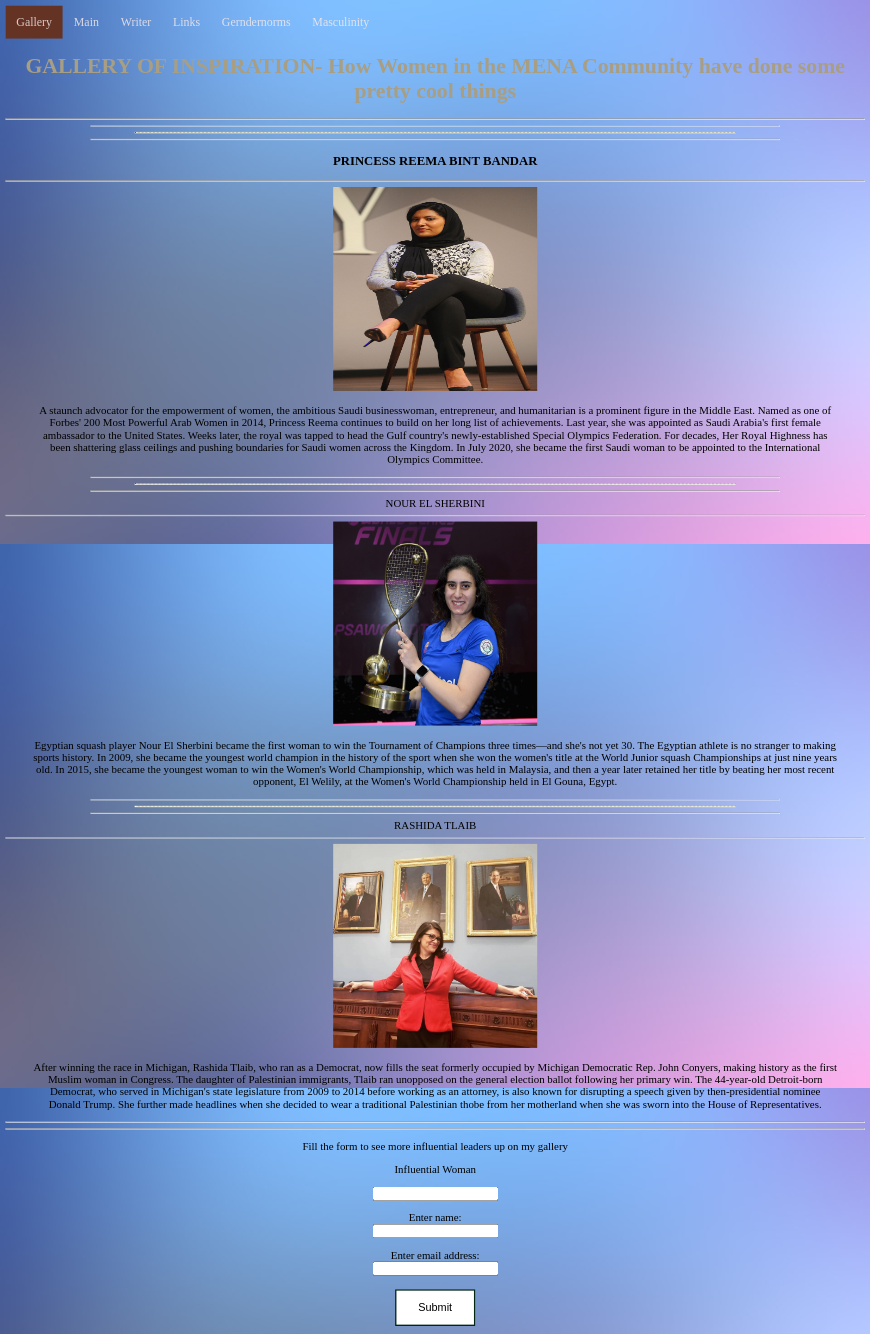
Repository: Lujaina-E/womens-rights-site
Page: gallery.html
These files come from the project's save history. The page is drawn as it stood at one moment and after the next save; the edit follows.
The browser window is 1280 px wide. The pictures show the whole page, at 68% of full size.
Backgrounds fixed to the window are drawn as part of the page.

Above is the page before, as saved 2022-07-26 00:04:57.

After the next save:
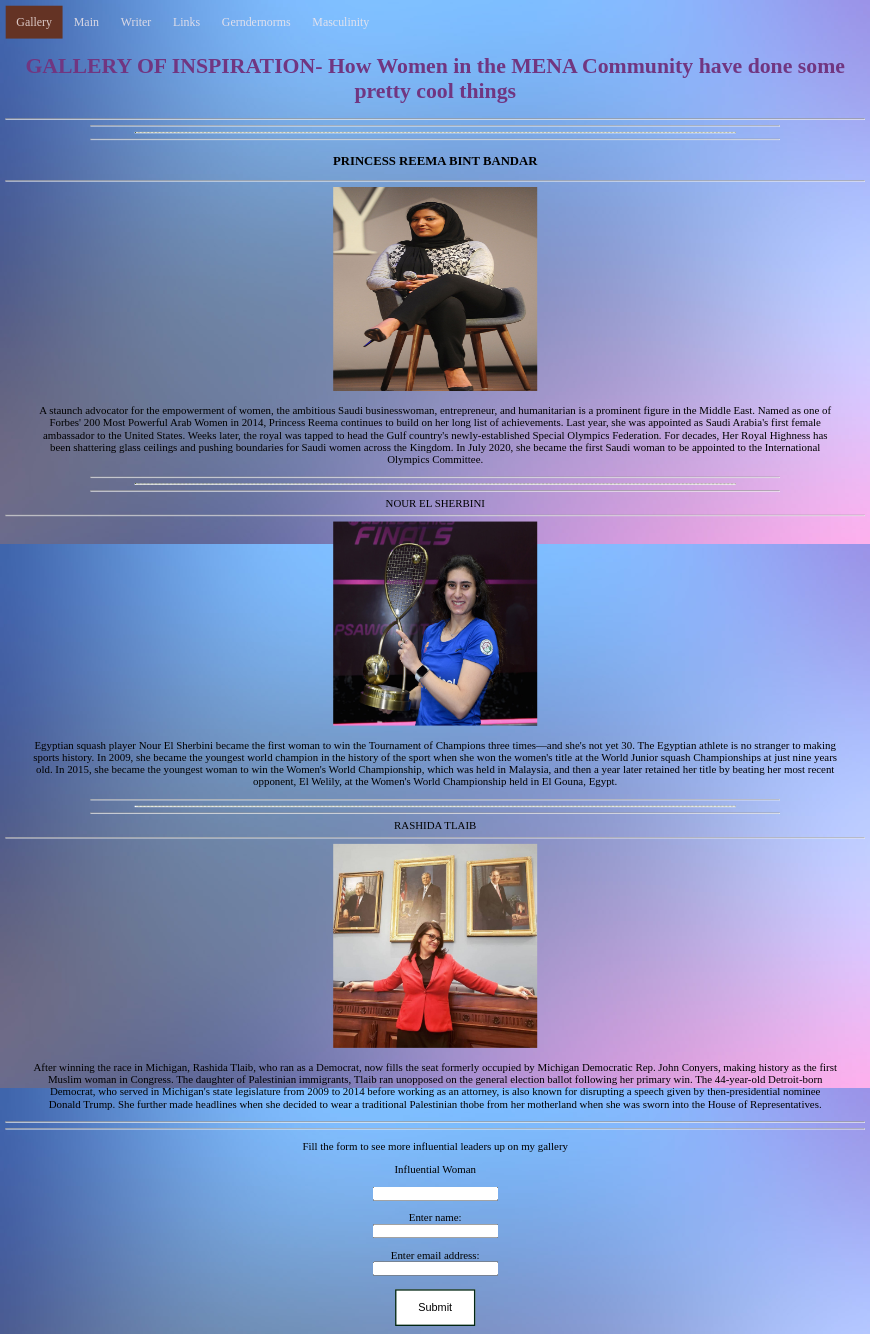
Saved 15 s later.
--- a/galleryStyle.css
+++ b/galleryStyle.css
@@ -33,7 +33,7 @@
         }
 
         #pageTitle{
-          color: rgb(168, 158, 132);
+          color: rgb(113, 54, 129);
         }
 
         .galleryPhoto{
